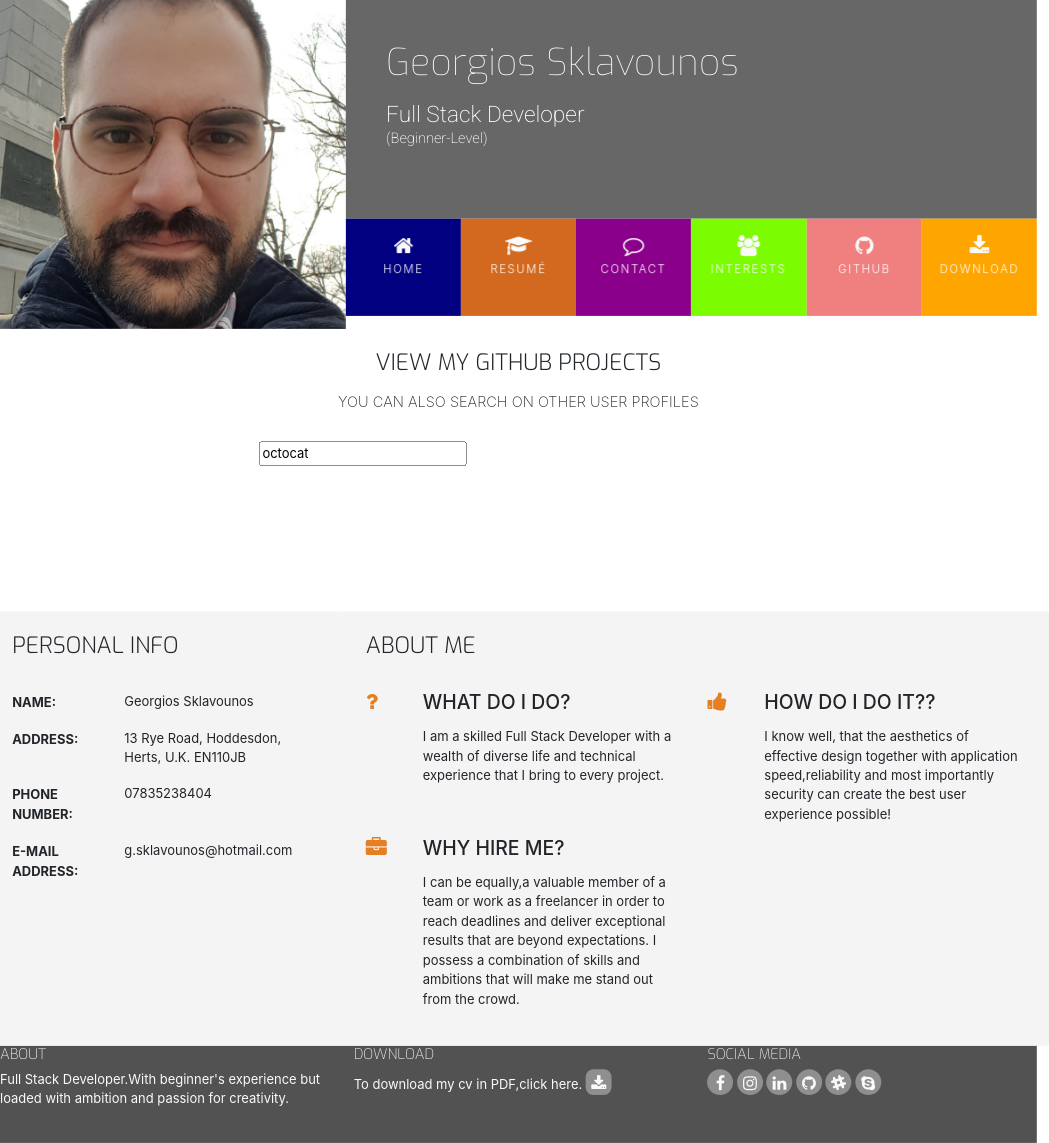
Repository: GeorgiosSklav/MyResume
Page: github.html
The author's editor kept a record of every edit. The page is drawn from the files as they stood at one moment, then again after the next edit.
The browser window is 1280 px wide. The page is 1295 px wide, then 1280 px, then 1295 px, so the pictures cover 1295 px, including what lies to the right of the window. The pictures show the whole page, at 81% of full size.

Above is the page before.

After the next edit:
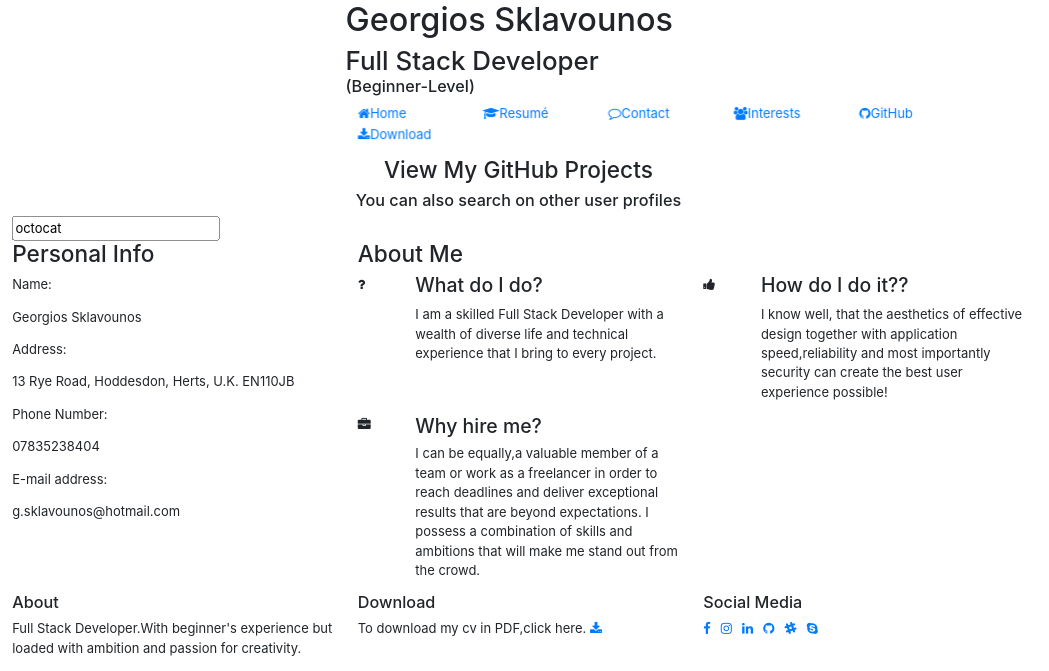
The edit:
--- a/github.html
+++ b/github.html
@@ -7,7 +7,7 @@
     <meta http-equiv="X-UA-Compatible" content="ie=edge">
     <link rel="stylesheet" href="https://stackpath.bootstrapcdn.com/bootstrap/4.3.1/css/bootstrap.min.css" type="text/css" />
     <link rel="stylesheet" href="https://stackpath.bootstrapcdn.com/font-awesome/4.7.0/css/font-awesome.min.css" type="text/css" />
-    <link rel="stylesheet" href="assets/css/style.css" type="text/css" />
+
     <link rel="stylesheet" href="https://cdnjs.cloudflare.com/ajax/libs/hover.css/2.3.1/css/hover-min.css" type="text/css" />
     <script src="https://cdnjs.cloudflare.com/ajax/libs/jquery/3.4.1/jquery.min.js"></script>
 

After the edit that followed:
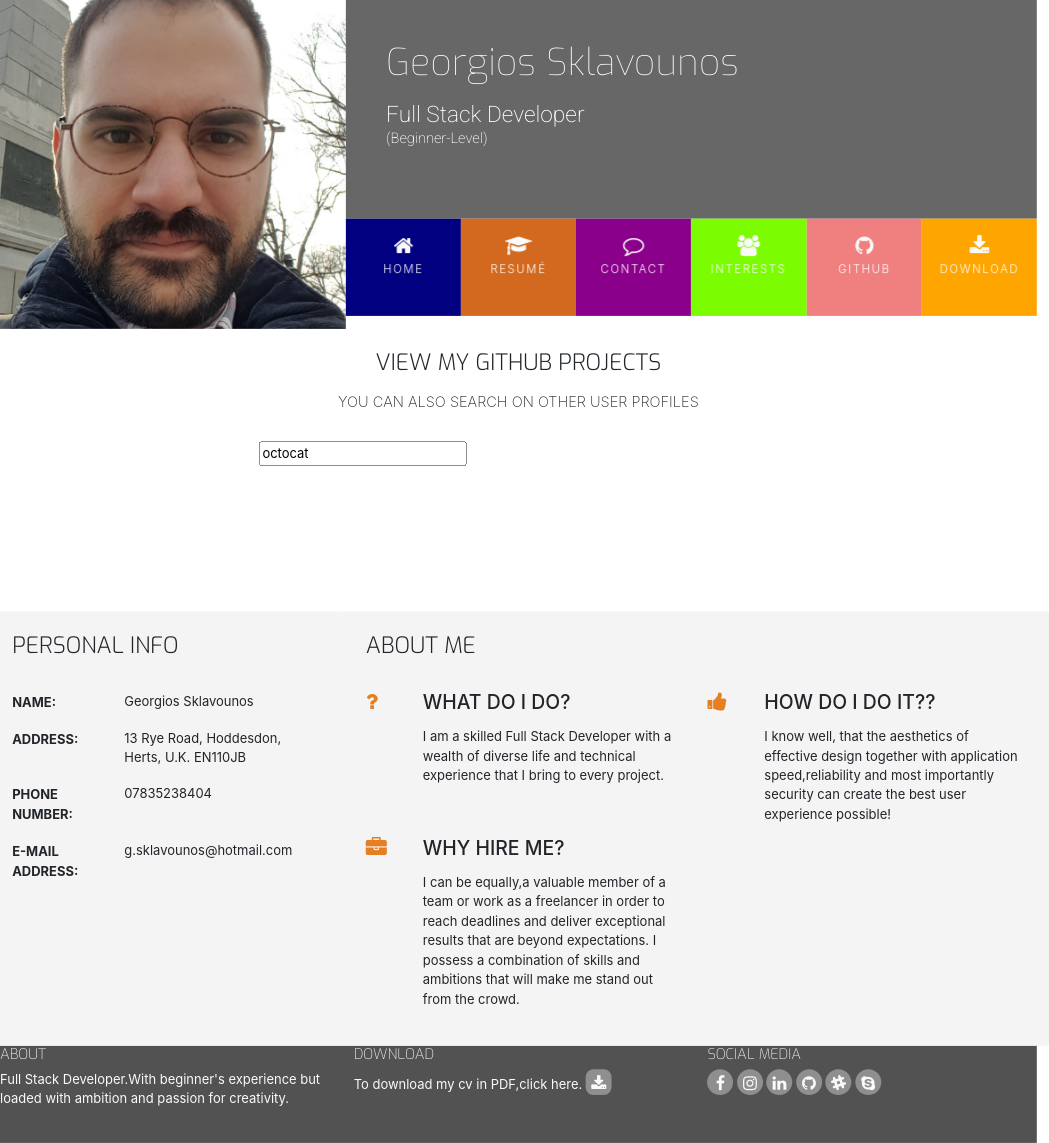
The edit:
--- a/github.html
+++ b/github.html
@@ -9,6 +9,9 @@
     <link rel="stylesheet" href="https://stackpath.bootstrapcdn.com/font-awesome/4.7.0/css/font-awesome.min.css" type="text/css" />
 
     <link rel="stylesheet" href="https://cdnjs.cloudflare.com/ajax/libs/hover.css/2.3.1/css/hover-min.css" type="text/css" />
+    <link rel="stylesheet" href="assets/css/style.css" type="text/css" />
+
+
     <script src="https://cdnjs.cloudflare.com/ajax/libs/jquery/3.4.1/jquery.min.js"></script>
 
     <script type="text/javascript " src="assets/js/github-information.js"></script>
